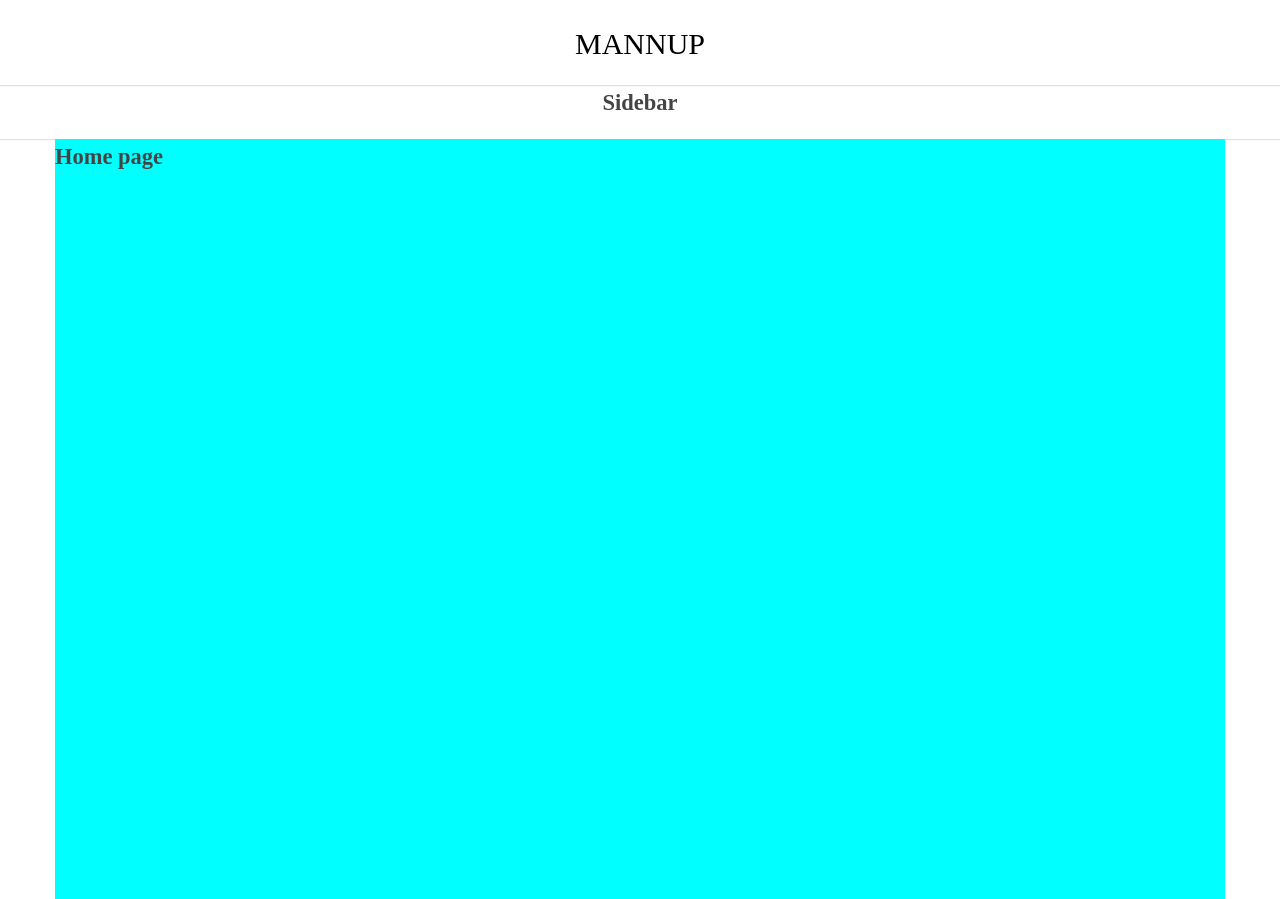
Repository: SyLe-Van/Make-Colorful
Page: /
The author's editor kept a copy of each file at every save. The page is drawn from the files as they stood at one save, then again after the next save.
The browser window is 1280 px wide. The pictures show the whole page.
Some web fonts or font styles are not loaded; a fallback is used. The project was rebuilt for these pictures with package versions that can differ from the ones it lists, and the page was loaded fresh each time. Also part of the build but not shown: src/pages/cinema/index.js, src/pages/fashion/index.js, src/pages/grooming/index.js, src/pages/lifestyle/index.js, src/pages/contact/index.js.

Above is the page before, as saved 2023-10-10 21:46:10.

After the next save:
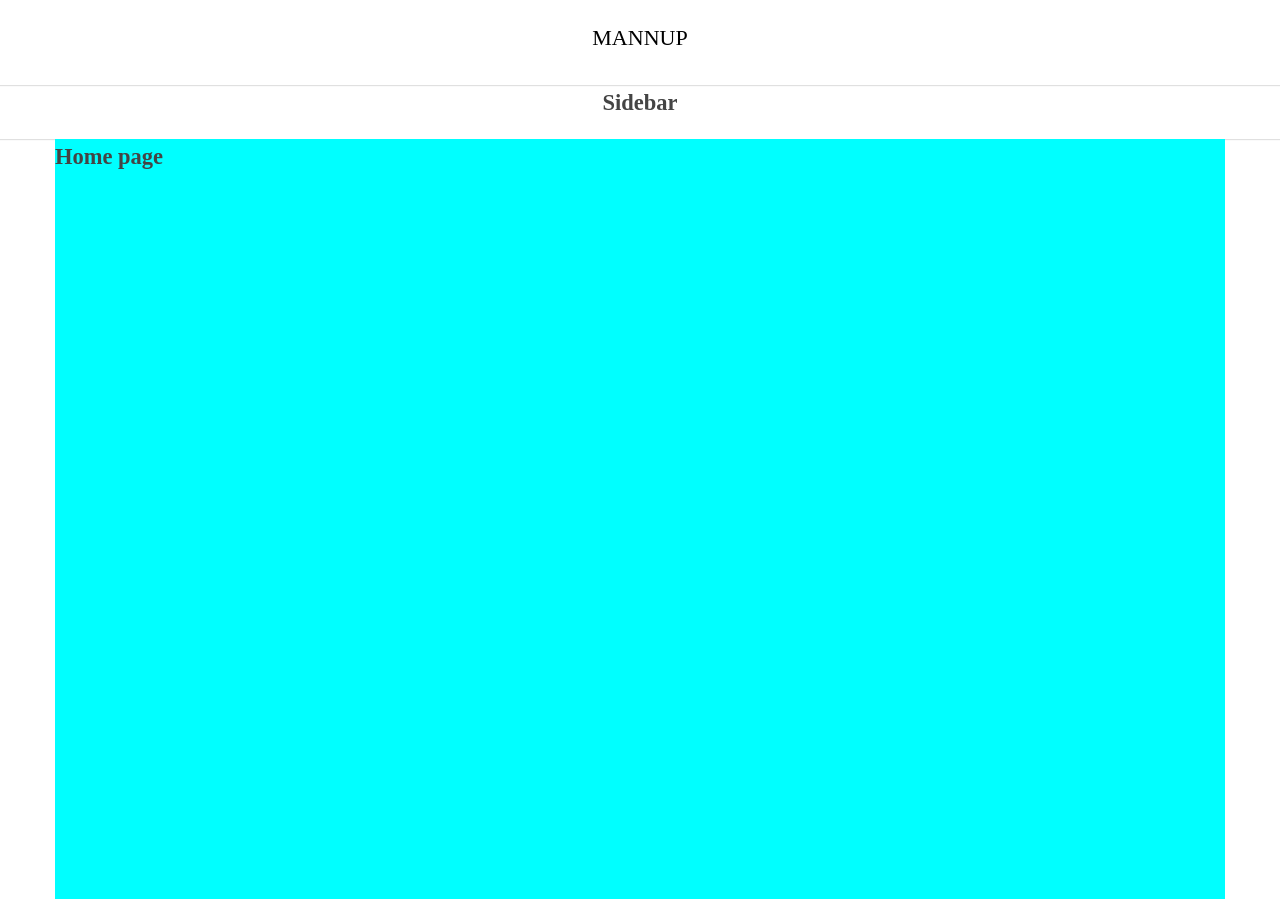
Saved 106 s later.
--- a/src/components/Layout/DefaultLayout/Header/Header.module.scss
+++ b/src/components/Layout/DefaultLayout/Header/Header.module.scss
@@ -5,7 +5,7 @@
 }
 .inner {
     color: #000000;
-    font-size: 30px;
+    font-size: 22px;
     display: flex;
     justify-content: center;
     padding-top: 20px;
